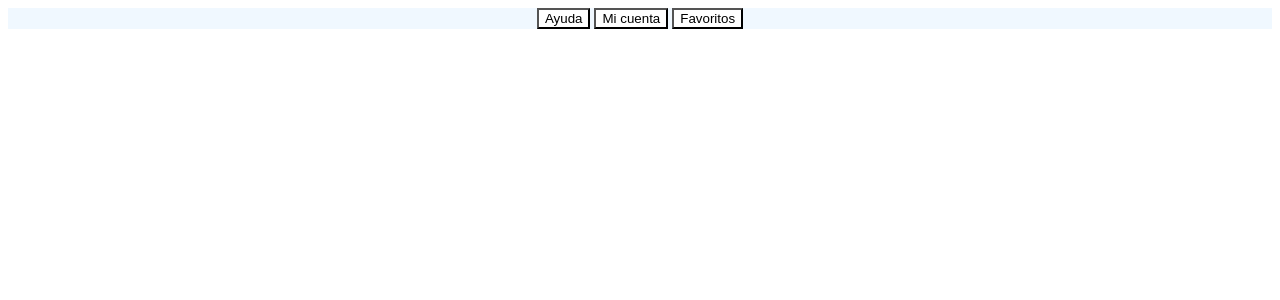
Repository: JoseHumberlay/Vans
Page: index.html
An editor plug-in stored every save of this project. The page is shown before and after the next save, followed by the edit.
The browser window is 1280 px wide. The pictures show the whole page.

Above is the page before, as saved 2023-09-04 23:00:19.

After the next save:
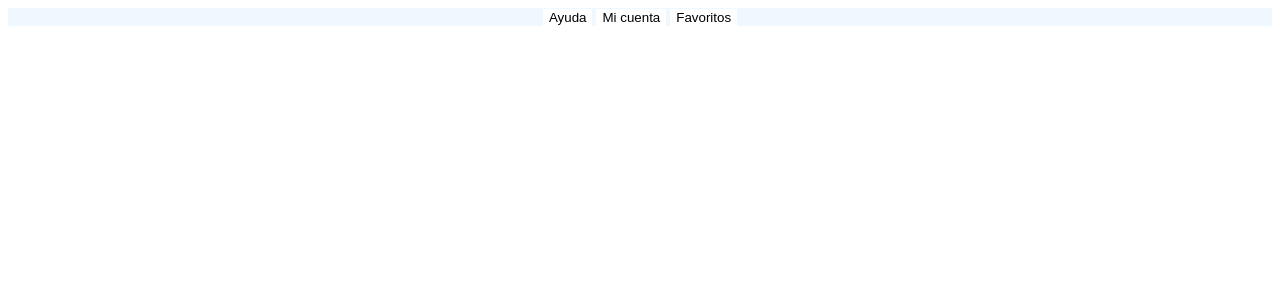
Saved 9 s later.
--- a/Styles/StylesIndex.css
+++ b/Styles/StylesIndex.css
@@ -5,4 +5,5 @@
 
 .btnHeader{
     background-color: white;
+    border: none !important;
 }
